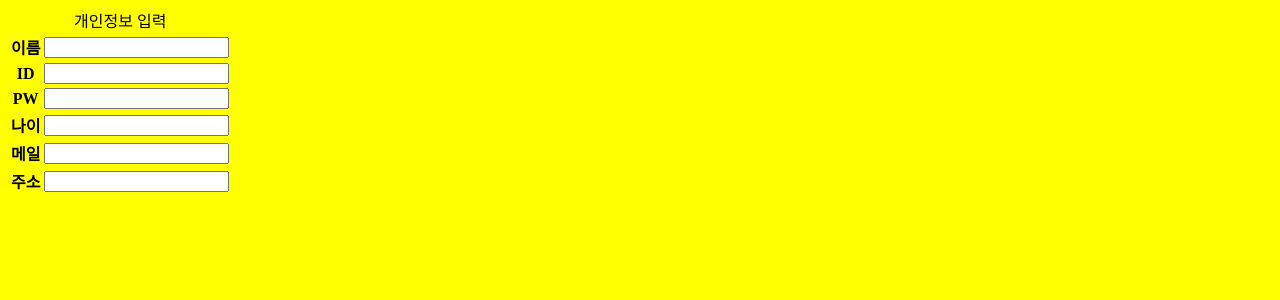
Repository: AsnemBlue/spring_Note
Page: http://localhost/ch10_formdata/
These files come from the project's save history. The page is drawn as it stood at one moment and after the next save; the edit follows.
The browser window is 1280 px wide. The pictures show the whole page.
The page is served by Tomcat 9.

Above is the page before, as saved 2020-03-30 00:59:31.

After the next save:
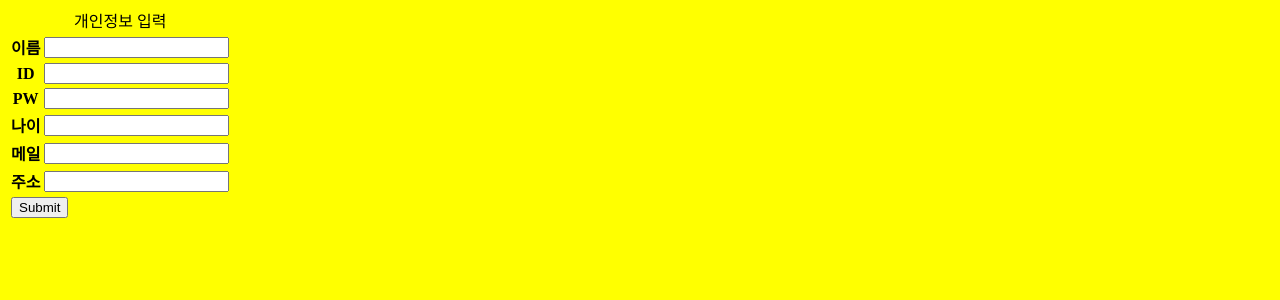
Saved 27 s later.
--- a/ch10_formdata/src/main/webapp/WEB-INF/views/input.jsp
+++ b/ch10_formdata/src/main/webapp/WEB-INF/views/input.jsp
@@ -19,6 +19,7 @@
 			<tr><th>나이</th><td><input type="number" name="age"></td></tr>
 			<tr><th>메일</th><td><input type="text" name="email"></td></tr>
 			<tr><th>주소</th><td><input type="text" name="address"></td></tr>
+			<tr><td colspan="2"><input type="submit"></td></tr>
 		</table>
 	</form>
 </body>
